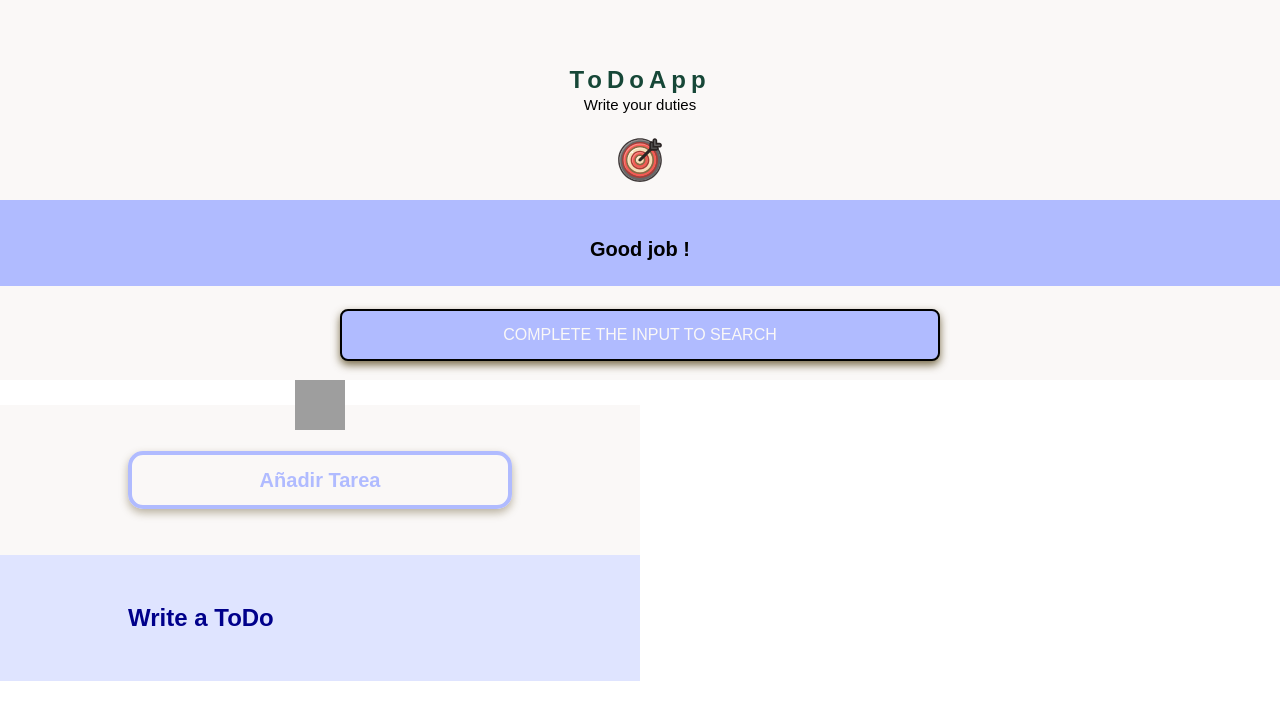
Repository: ChristianGecchelin/to-do-app
Page: /
These files come from the project's save history. The page is drawn as it stood at one moment and after the next save; the edit follows.
The browser window is 1280 px wide. The pictures show the whole page.
Pictures or frames that could not be fetched are drawn as grey boxes. The project was rebuilt for these pictures with package versions that can differ from the ones it lists, and the page was loaded fresh each time. Also part of the build but not shown: src/ToDoItem.js, src/Modal/Modal.css, src/Modal/index.js, src/TodoForm/TodoForm.css, src/TodoForm/index.js.

Above is the page before, as saved 2022-01-17 16:23:32.

After the next save:
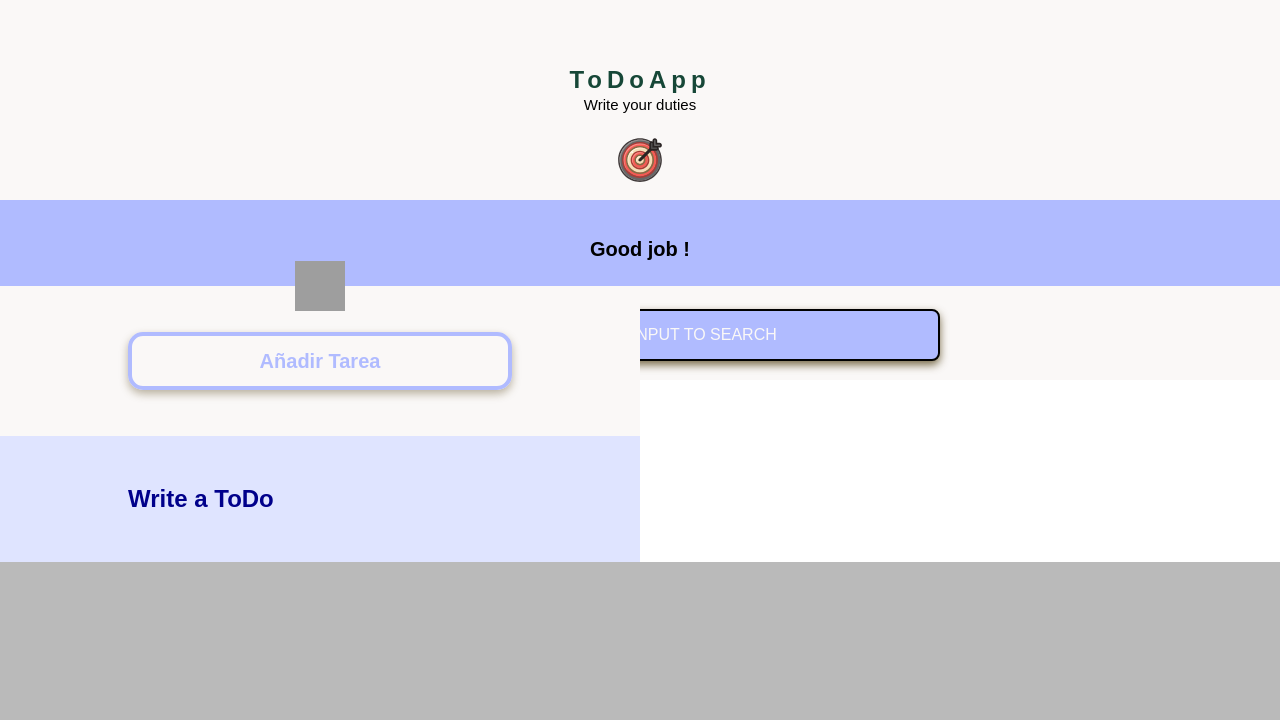
Saved 92 s later.
--- a/src/App/AppUI.css
+++ b/src/App/AppUI.css
@@ -34,6 +34,6 @@
     height: 12vh;
   }
   .main-container {
-    height: 88vh;
+    height: auto;
   }
 }

After the save that followed:
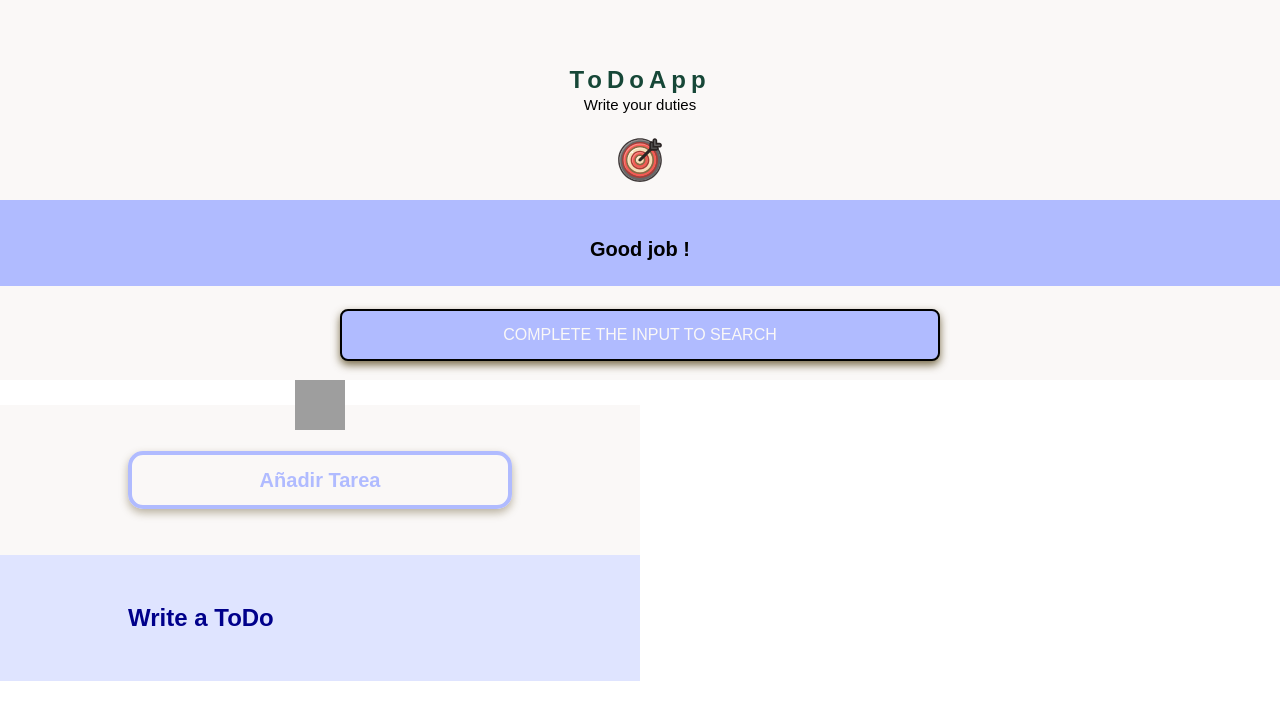
Saved 18 s later.
--- a/src/App/AppUI.css
+++ b/src/App/AppUI.css
@@ -35,5 +35,6 @@
   }
   .main-container {
     height: auto;
+    min-height: 88vh;
   }
 }
